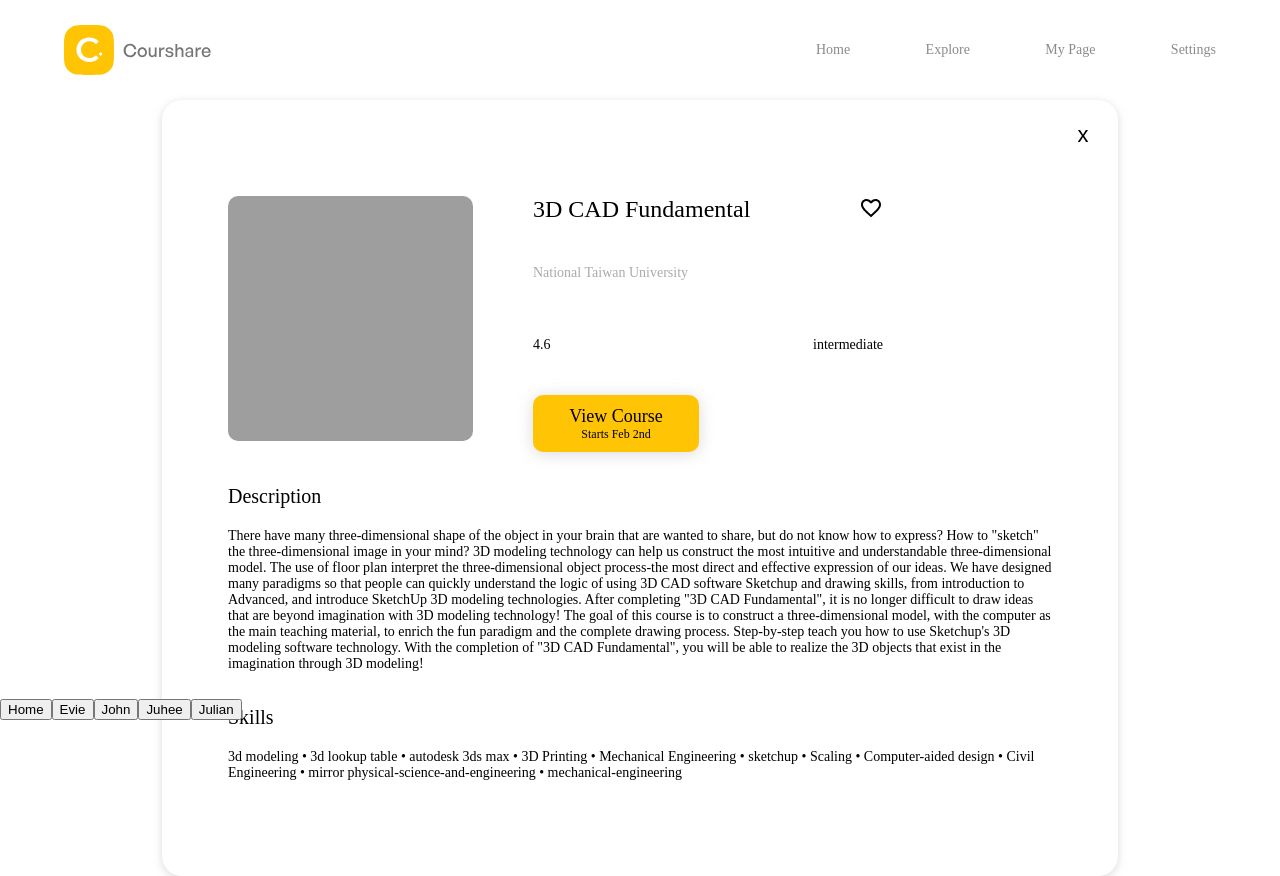
Repository: julianm09/courshare-app
Page: /comps/juhee
These files come from the project's save history. The page is drawn as it stood at one moment and after the next save; the edit follows.
The browser window is 1280 px wide. The pictures show the whole page.
Pictures or frames that could not be fetched are drawn as grey boxes. The project was rebuilt for these pictures with package versions that can differ from the ones it lists, and the page was loaded fresh each time. The framework's server and built-in components were replaced by stand-ins that run in the browser. Also part of the build but not shown: next.config.js.

Above is the page before, as saved 2022-02-07 14:52:09.

### pages/_app.js
import "../styles/globals.css";
import styled from "styled-components";
import { useRouter } from "next/router";
import Navbar from "@/components/Navbar";

function MyApp({ Component, pageProps }) {
  const r = useRouter();
  return (
    <>
    <Navbar/>
      <Component {...pageProps} />

      <BotNav>
        <button onClick={() => r.push("/")}>Home</button>
        <button onClick={() => r.push("/comps/evie")}>Evie</button>
        <button onClick={() => r.push("/comps/john")}>John</button>
        <button onClick={() => r.push("/comps/juhee")}>Juhee</button>
        <button onClick={() => r.push("/comps/julian")}>Julian</button>
      </BotNav>
    </>
  );
}

const BotNav = styled.div`
  position: fixed;
  bottom: 0px;
`;

export default MyApp;

### pages/comps/juhee.js
import styled from "styled-components";
import CourseDetailCard from "@/components/CourseDetailCard";

export default function Juhee() {
  return (
    <Cont>
      {/* make components here */}
      <CourseDetailCard></CourseDetailCard>
    </Cont>
  );
}

const Cont = styled.div`
  display: flex;
  align-items: center;
  flex-direction: column;
  width: 100%;
`;

### styles/globals.css
@import url("general-sans.css");

html,
body {
  padding: 0;
  margin: 0;
  font-family: -apple-system, BlinkMacSystemFont, Segoe UI, Roboto, Oxygen,
    Ubuntu, Cantarell, Fira Sans, Droid Sans, Helvetica Neue, sans-serif;
}

a {
  color: inherit;
  text-decoration: none;
}

* {
  box-sizing: border-box;
}

### components/Navbar.js
import styled from "styled-components";
import { useState } from "react";
import { useRouter } from "next/router";

export default function Navbar({}) {
  const r = useRouter();

  const [menu, setMenu] = useState(false);

  const handleLink = (t) => {
    setMenu(false);
    r.push(t);
  };

  return (
    <NavbarUI>
      <Logo
        src="/logo.svg"
        selected={r.pathname == "/"}
        onClick={() => handleLink("/")}
      ></Logo>
      <Navigation>
        <LinkUI selected={r.pathname == "/"} onClick={() => handleLink("/")}>
          Home
        </LinkUI>
        <LinkUI
          selected={r.pathname == "/explore"}
          onClick={() => handleLink("/explore")}
        >
          Explore
        </LinkUI>
        <LinkUI
          selected={r.pathname == "/mypage"}
          onClick={() => handleLink("/mypage")}
        >
          My Page
        </LinkUI>
        <LinkUI
          selected={r.pathname == "/settings"}
          onClick={() => handleLink("/settings")}
        >
          Settings
        </LinkUI>
      </Navigation>
      <MenuIcon
        src={menu ? "/icons/close.svg" : "/icons/menu.svg"}
        onClick={() => setMenu(!menu)}
      />
      {menu ? (
        <MobileMenu>
          <LinkUI selected={r.pathname == "/"} onClick={() => handleLink("/")}>
            Home
          </LinkUI>
          <LinkUI
            selected={r.pathname == "/explore"}
            onClick={() => handleLink("/explore")}
          >
            Explore
          </LinkUI>
          <LinkUI
            selected={r.pathname == "/mypage"}
            onClick={() => handleLink("/mypage")}
          >
            My Page
          </LinkUI>
          <LinkUI
            selected={r.pathname == "/settings"}
            onClick={() => handleLink("/settings")}
          >
            Settings
          </LinkUI>
        </MobileMenu>
      ) : (
        <></>
      )}
    </NavbarUI>
  );
}

const NavbarUI = styled.div`
  width: 100%;
  padding: 0 5%;
  height: 100px;
  display: flex;
  align-items: center;
  justify-content: space-between;

  -webkit-touch-callout: none; /* iOS Safari */
  -webkit-user-select: none; /* Safari */
  -khtml-user-select: none; /* Konqueror HTML */
  -moz-user-select: none; /* Old versions of Firefox */
  -ms-user-select: none; /* Internet Explorer/Edge */
  user-select: none; /* Non-prefixed version, currently supported by Chrome, Edge, Opera and Firefox */
`;

const Logo = styled.img`
  cursor: pointer;
`;

const Navigation = styled.div`
  display: flex;
  justify-content: space-between;
  width: 400px;
  @media (max-width: 1000px) {
    display: none;
  }
`;

const LinkUI = styled.div`
  cursor: pointer;
  font-family: General Sans;
  font-style: normal;
  font-size: 14px;
  line-height: 24px;
  color: #8b8b8b;
  color: ${(props) => (props.selected ? "#595959" : "#8B8B8B")};
  font-weight: ${(props) => (props.selected ? "500" : "400")};
`;

const MenuIcon = styled.img`
  cursor: pointer;
  display: none;
  @media (max-width: 1000px) {
    display: flex;
  }
`;

const MobileMenu = styled.div`
  cursor: pointer;
  display: flex;
  position: absolute;
  height: 200px;
  flex-direction: column;
  justify-content: space-between;
  align-items: flex-end;
  top: 100px;
  width: 90%;
  @media (min-width: 1000px) {
    display: none;
  }
`;

### components/CourseDetailCard.js
import styled from "styled-components";
import { useState } from "react";
import Favorite from "@mui/icons-material/Favorite";
import FavoriteBorder from "@mui/icons-material/FavoriteBorder";
import RegisterButton from "../components/RegisterButton";

const BigCont = styled.div`
  display: flex;
  flex-direction: column;
  width: 956px;
  height: 776px;
  background-color: #ffffff;
  box-shadow: 0px 2px 8px 0px rgba(185, 185, 185, 0.52);
  border-radius: 20px;
  font-family: General Sans;
`;
const ButtonCont = styled.div`
  display: flex;
  justify-content: flex-end;
  margin-right: 20px;
  margin-top: 20px;
`;
const XButton = styled.button`
  border: none;
  background-color: #fff;
  border-radius: 20px;
  width: 30px;
  height: 30px;
  color: #000;
  font-size: 22px;
`;
const ContentCont = styled.div`
  display: flex;
  flex-direction: column;
  justify-content: space-between;
  padding: 46px 66px 66px 66px;
`;
const FristCont = styled.div`
  display: flex;
  flex-direction: row;
`;
const LeftCont = styled.div``;

const Img = styled.img`
  width: 245px;
  height: 245px;
  border-radius: 10px;
`;
const Heading1 = styled.p`
  font-size: 24px;
  margin: 0;
  font-weight: 500;
`;

const GreyText = styled.p`
  color: #aaaaaa;
  font-size: 14px;
`;
const RightCont = styled.div`
  height: 245px;
  margin-left: 60px;
  display: flex;
  flex-direction: column;
  align-items: space-between;
`;
const RightSmallCont = styled.div`
  width: 350px;
  display: flex;
  flex-direction: row;
  justify-content: space-between;
  margin-bottom: 8%;
`;
const SecondCont = styled.div`
  margin-top: 20px;
`;
const Heading2 = styled.p`
  font-size: 20px;
  font-weight: 500;
`;
const Desc = styled.p`
  font-size: 14px;
`;
const ThirdCont = styled.div``;

export default function CourseDetailCard({
  name = "3D  CAD Fundamental",
  school = "National Taiwan University",
  rating = 4.6,
  difficulty = "intermediate",
  description = "",
  skills = "",
}) {
  return (
    <BigCont>
      <ButtonCont>
        <XButton>x</XButton>
      </ButtonCont>
      <ContentCont>
        <FristCont>
          <LeftCont>
            <Img src="https://images.unsplash.com/photo-1600869009498-8d429f88d4f5?ixlib=rb-1.2.1&ixid=MnwxMjA3fDB8MHxwaG90by1wYWdlfHx8fGVufDB8fHx8&auto=format&fit=crop&w=2340&q=80" />
          </LeftCont>
          <RightCont>
            <RightSmallCont>
              <Heading1>{name}</Heading1>
              <FavoriteBorder />
            </RightSmallCont>
            <RightSmallCont>
              <GreyText>{school}</GreyText>
            </RightSmallCont>
            <RightSmallCont>
              <Desc>{rating}</Desc>
              <Desc>{difficulty}</Desc>
            </RightSmallCont>
            <RightSmallCont>
              <RegisterButton />
            </RightSmallCont>
          </RightCont>
        </FristCont>
        <SecondCont>
          <Heading2>Description</Heading2>
          <Desc>
            There have many three-dimensional shape of the object in your brain
            that are wanted to share, but do not know how to express? How to
            "sketch" the three-dimensional image in your mind? 3D modeling
            technology can help us construct the most intuitive and
            understandable three-dimensional model. The use of floor plan
            interpret the three-dimensional object process-the most direct and
            effective expression of our ideas. We have designed many paradigms
            so that people can quickly understand the logic of using 3D CAD
            software Sketchup and drawing skills, from introduction to Advanced,
            and introduce SketchUp 3D modeling technologies. After completing
            "3D CAD Fundamental", it is no longer difficult to draw ideas that
            are beyond imagination with 3D modeling technology! The goal of this
            course is to construct a three-dimensional model, with the computer
            as the main teaching material, to enrich the fun paradigm and the
            complete drawing process. Step-by-step teach you how to use
            Sketchup's 3D modeling software technology. With the completion of
            "3D CAD Fundamental", you will be able to realize the 3D objects
            that exist in the imagination through 3D modeling!
          </Desc>
        </SecondCont>
        <ThirdCont>
          <Heading2>Skills</Heading2>
          <Desc>
            3d modeling • 3d lookup table • autodesk 3ds max • 3D Printing •
            Mechanical Engineering • sketchup • Scaling • Computer-aided design
            • Civil Engineering • mirror physical-science-and-engineering •
            mechanical-engineering
          </Desc>
        </ThirdCont>
      </ContentCont>
    </BigCont>
  );
}

### styles/general-sans.css
/**
 * @license
 *
 * Font Family: General Sans
 * Designed by: Frode Helland
 * URL: https://www.fontshare.com/fonts/general-sans
 * © 2021 Indian Type Foundry
 *
 * Font Styles:
 * General Sans Variable(Variable font)
 * General Sans Variable Italic(Variable font)
 * General Sans Extralight
 * General Sans Extralight Italic
 * General Sans Light
 * General Sans Light Italic
 * General Sans Regular
 * General Sans Italic
 * General Sans Medium
 * General Sans Medium Italic
 * General Sans Semibold
 * General Sans Semibold Italic
 * General Sans Bold
 * General Sans Bold Italic
 *
*/


/**
* This is a variable font
* You can controll variable axes as shown below:
* font-variation-settings: 'wght' 700.0;
*
* available axes:

* 'wght' (range from 200.0 to 700.0)

*/

@font-face {
  font-family: 'GeneralSans-Variable';
  src: url('../fonts/GeneralSans-Variable.woff2') format('woff2'),
       url('../fonts/GeneralSans-Variable.woff') format('woff'),
       url('../fonts/GeneralSans-Variable.ttf') format('truetype');
       font-weight: 200 700;
       font-display: swap;
       font-style: normal;
}


/**
* This is a variable font
* You can controll variable axes as shown below:
* font-variation-settings: 'wght' 700.0;
*
* available axes:

* 'wght' (range from 200.0 to 700.0)

*/

@font-face {
  font-family: 'GeneralSans-VariableItalic';
  src: url('../fonts/GeneralSans-VariableItalic.woff2') format('woff2'),
       url('../fonts/GeneralSans-VariableItalic.woff') format('woff'),
       url('../fonts/GeneralSans-VariableItalic.ttf') format('truetype');
       font-weight: 200 700;
       font-display: swap;
       font-style: italic;
}


@font-face {
  font-family: 'GeneralSans-Extralight';
  src: url('../fonts/GeneralSans-Extralight.woff2') format('woff2'),
       url('../fonts/GeneralSans-Extralight.woff') format('woff'),
       url('../fonts/GeneralSans-Extralight.ttf') format('truetype');
       font-weight: 200;
       font-display: swap;
       font-style: normal;
}


@font-face {
  font-family: 'GeneralSans-ExtralightItalic';
  src: url('../fonts/GeneralSans-ExtralightItalic.woff2') format('woff2'),
       url('../fonts/GeneralSans-ExtralightItalic.woff') format('woff'),
       url('../fonts/GeneralSans-ExtralightItalic.ttf') format('truetype');
       font-weight: 200;
       font-display: swap;
       font-style: italic;
}


@font-face {
  font-family: 'GeneralSans-Light';
  src: url('../fonts/GeneralSans-Light.woff2') format('woff2'),
       url('../fonts/GeneralSans-Light.woff') format('woff'),
       url('../fonts/GeneralSans-Light.ttf') format('truetype');
       font-weight: 300;
       font-display: swap;
       font-style: normal;
}


@font-face {
  font-family: 'GeneralSans-LightItalic';
  src: url('../fonts/GeneralSans-LightItalic.woff2') format('woff2'),
       url('../fonts/GeneralSans-LightItalic.woff') format('woff'),
       url('../fonts/GeneralSans-LightItalic.ttf') format('truetype');
       font-weight: 300;
       font-display: swap;
       font-style: italic;
}


@font-face {
  font-family: 'GeneralSans-Regular';
  src: url('../fonts/GeneralSans-Regular.woff2') format('woff2'),
       url('../fonts/GeneralSans-Regular.woff') format('woff'),
       url('../fonts/GeneralSans-Regular.ttf') format('truetype');
       font-weight: 400;
       font-display: swap;
       font-style: normal;
}


@font-face {
  font-family: 'GeneralSans-Italic';
  src: url('../fonts/GeneralSans-Italic.woff2') format('woff2'),
       url('../fonts/GeneralSans-Italic.woff') format('woff'),
       url('../fonts/GeneralSans-Italic.ttf') format('truetype');
       font-weight: 400;
       font-display: swap;
       font-style: italic;
}


@font-face {
  font-family: 'GeneralSans-Medium';
  src: url('../fonts/GeneralSans-Medium.woff2') format('woff2'),
       url('../fonts/GeneralSans-Medium.woff') format('woff'),
       url('../fonts/GeneralSans-Medium.ttf') format('truetype');
       font-weight: 500;
       font-display: swap;
       font-style: normal;
}


@font-face {
  font-family: 'GeneralSans-MediumItalic';
  src: url('../fonts/GeneralSans-MediumItalic.woff2') format('woff2'),
       url('../fonts/GeneralSans-MediumItalic.woff') format('woff'),
       url('../fonts/GeneralSans-MediumItalic.ttf') format('truetype');
       font-weight: 500;
       font-display: swap;
       font-style: italic;
}


@font-face {
  font-family: 'GeneralSans-Semibold';
  src: url('../fonts/GeneralSans-Semibold.woff2') format('woff2'),
       url('../fonts/GeneralSans-Semibold.woff') format('woff'),
       url('../fonts/GeneralSans-Semibold.ttf') format('truetype');
       font-weight: 600;
       font-display: swap;
       font-style: normal;
}


@font-face {
  font-family: 'GeneralSans-SemiboldItalic';
  src: url('../fonts/GeneralSans-SemiboldItalic.woff2') format('woff2'),
       url('../fonts/GeneralSans-SemiboldItalic.woff') format('woff'),
       url('../fonts/GeneralSans-SemiboldItalic.ttf') format('truetype');
       font-weight: 600;
       font-display: swap;
       font-style: italic;
}


@font-face {
  font-family: 'GeneralSans-Bold';
  src: url('../fonts/GeneralSans-Bold.woff2') format('woff2'),
       url('../fonts/GeneralSans-Bold.woff') format('woff'),
       url('../fonts/GeneralSans-Bold.ttf') format('truetype');
       font-weight: 700;
       font-display: swap;
       font-style: normal;
}


@font-face {
  font-family: 'GeneralSans-BoldItalic';
  src: url('../fonts/GeneralSans-BoldItalic.woff2') format('woff2'),
       url('../fonts/GeneralSans-BoldItalic.woff') format('woff'),
       url('../fonts/GeneralSans-BoldItalic.ttf') format('truetype');
       font-weight: 700;
       font-display: swap;
       font-style: italic;
}

### components/RegisterButton.js
import styled from "styled-components";

const RegisterBtn = styled.button`
  width: 166px;
  height: 57px;
  background-color: ${(props) => props.background};
  color: #000000;
  filter: drop-shadow(0px 2px 8px rgba(185, 185, 185, 0.52));
  border-radius: 10px;
  border: none;
  display: flex;
  flex-direction: column;
  justify-content: center;
  align-items: center;
`;
const Header = styled.div`
  font-family: General Sans;
  font-style: normal;
  font-weight: 500;
  font-size: 18px;
  color: #000000;
  margin-left: auto;
  margin-right: auto;
`;

const Text = styled.div`
font-family: General Sans;
font-style: normal;
font-weight: normal;
font-size: 12px;
color: #000000;
margin-left: auto;
margin-right: auto;

}
`;

const RegisterButton = ({
  text = "View Course",
  data = "Starts Feb 2nd",
  background = "#FFC403",
}) => {
  return (
    <RegisterBtn background={background}>
      <Header>{text}</Header>
      <Text>{data}</Text>
    </RegisterBtn>
  );
};

export default RegisterButton;

Loaded but not shown: pages/_document.js (common file)

After the next save:
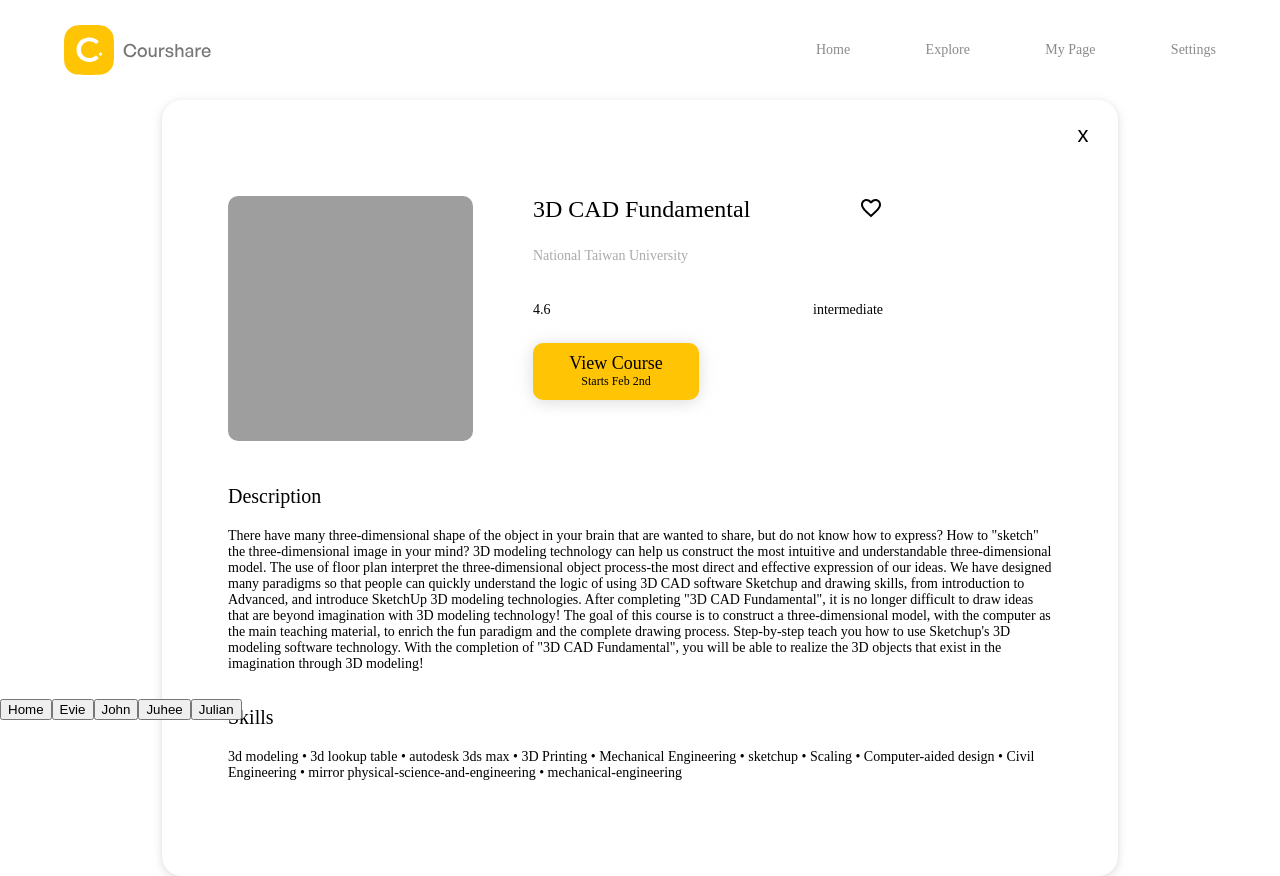
Saved 12 s later.
--- a/components/CourseDetailCard.js
+++ b/components/CourseDetailCard.js
@@ -68,7 +68,7 @@ const RightSmallCont = styled.div`
   display: flex;
   flex-direction: row;
   justify-content: space-between;
-  margin-bottom: 8%;
+  margin-bottom: 3%;
 `;
 const SecondCont = styled.div`
   margin-top: 20px;
